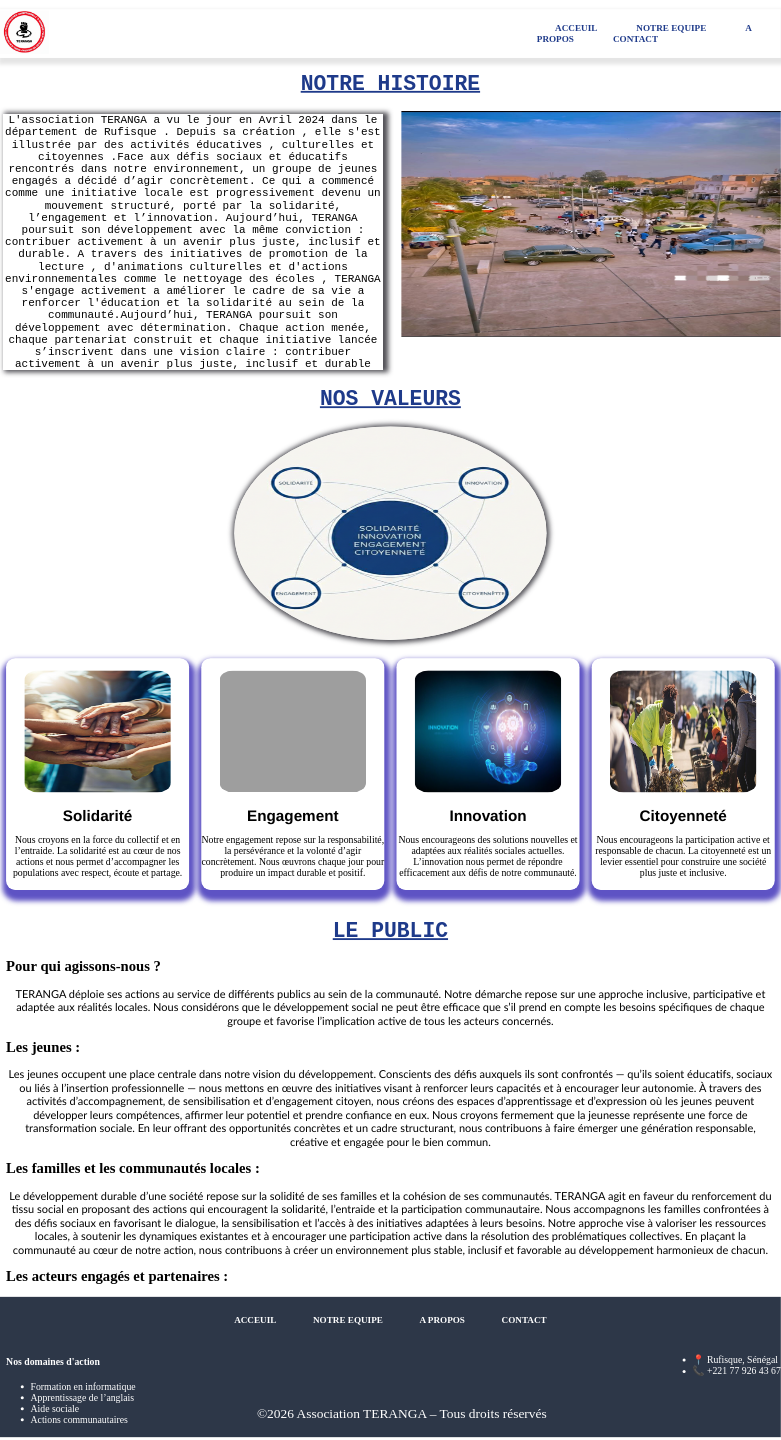
Repository: assanendao171/projet-teranga
Page: propos.html
These files come from the project's save history. The page is drawn as it stood at one moment and after a run of saves; the edit follows.
The browser window is 1280 px wide. The pictures show the whole page, at 61% of full size.
Pictures or frames that could not be fetched are drawn as grey boxes.

Above is the page before, as saved 2026-02-12 13:55:45.

### propos.html
<!DOCTYPE html>
<html lang="en">
<head>
    <meta charset="UTF-8">
    <meta name="viewport" content="width=device-width, initial-scale=1.0">
    <title>Document</title>
    <link rel="stylesheet" href="propos.css">
</head>
<body>
        <!-- l'entete -->
    <header>
      <!-- logo -->
       <div class="contain-logo">
      <img src="image/logo.jpeg" alt="" class="logo" />
      </div>
      <div class="btn-nav">
        <nav>
          <a href="acceuil.html" target="_blank">ACCEUIL</a>
          <a href="equipe.html" target="_blank">NOTRE EQUIPE</a>
          <a href="propos.html" target="_blank">A PROPOS</a>
          <a href="contact.html" target="_blank">CONTACT</a>

        </nav>
      </div>
    </header>
<!-- corps -->
<main>
<!-- section histoire -->
      <h1 id="histoire">NOTRE HISTOIRE</h1>
<div class="contain-histoire">
<p id="p-histoire">L'association TERANGA a vu le jour en Avril 2024 dans le département de Rufisque . Depuis sa création , elle
    s'est illustrée par des activités éducatives , culturelles et citoyennes .Face aux défis sociaux et éducatifs rencontrés dans notre environnement, un groupe de jeunes engagés a décidé d’agir concrètement.

Ce qui a commencé comme une initiative locale est progressivement devenu un mouvement structuré, porté par la solidarité, l’engagement et l’innovation.

Aujourd’hui, TERANGA poursuit son développement avec la même conviction : contribuer activement à un avenir plus juste, inclusif et durable.
     A travers des initiatives
    de promotion de la lecture , d'animations culturelles et d'actions environnementales comme le
    nettoyage des écoles , TERANGA s'engage activement a améliorer le cadre de sa vie a renforcer l'éducation
    et la solidarité au sein de la communauté.Aujourd’hui, TERANGA poursuit son développement avec détermination. Chaque action menée, chaque partenariat construit et chaque initiative lancée s’inscrivent dans une
    vision claire : contribuer activement à un avenir plus juste, inclusif et durable
</p>
<img src="image/histoireImage.jpeg" alt="photo histoire" class="photo-histoire">
</div>
<h1 id="valeur">NOS VALEURS</h1>
<div class="contain-valeur">
<img src="image/photo-valeur.png" alt="" class="photo-valeur">
</div>
      <div class="contain-image">
        <div class="image1">
          <img
            src="image/solidatité.jpg"
            alt="aide social"
            class="image-aide" />
          <span id="texte-aide-social">Solidarité</span>
          <p>Nous croyons en la force du collectif et en l’entraide.
La solidarité est au cœur de nos actions et nous permet d’accompagner les populations avec respect, écoute et partage.</p>
        </div>
        <!-- ____________________ -->
        <div class="image1">
          <img src="image/engagement.jpg" alt="education" class="image-aide" />
          <span id="texte-aide-social">Engagement</span>
          <p>Notre engagement repose sur la responsabilité, la persévérance et la volonté d’agir concrètement.
Nous œuvrons chaque jour pour produire un impact durable et positif.</p>
        </div>
        <!-- ___________________________________ -->
        <div class="image1">
          <img
            src="image/innovation.jpg"
            alt="environnement"
            class="image-aide" />
          <span id="texte-aide-social">Innovation</span>
          <p>Nous encourageons des solutions nouvelles et adaptées aux réalités sociales actuelles.
L’innovation nous permet de répondre efficacement aux défis de notre communauté.</p>
          <!-- ______________________________________________ -->
        </div>
                <div class="image1">
          <img
            src="image/citoyennete.jpg"
            alt="environnement"
            class="image-aide" />
          <span id="texte-aide-social">Citoyenneté</span>
          <p>Nous encourageons la participation active et responsable de chacun.
La citoyenneté est un levier essentiel pour construire une société plus juste et inclusive.</p>
          <!-- ______________________________________________ -->
        </div>
      </div>

    <!-- le public -->
     <div class="containt-public">
        <h1 id="public">LE PUBLIC</h1>
    <h2>Pour qui agissons-nous ?</h2>
    <p class="p-public">TERANGA déploie ses actions au service de différents publics au sein de la communauté. Notre démarche repose sur une approche inclusive, participative et adaptée aux réalités locales.
        Nous considérons que le développement social ne peut être efficace que s’il prend en compte les besoins spécifiques de chaque groupe et favorise l’implication active de tous les acteurs concernés.</p>
        <h2>Les jeunes :</h2>
        <p class="p-public">Les jeunes occupent une place centrale dans notre vision du développement. Conscients des défis auxquels ils sont confrontés — qu’ils soient éducatifs, sociaux ou liés à l’insertion professionnelle — nous mettons en œuvre des initiatives visant à renforcer leurs capacités et à encourager leur autonomie.

À travers des activités d’accompagnement, de sensibilisation et d’engagement citoyen, nous créons des espaces d’apprentissage et d’expression où les jeunes peuvent développer leurs compétences, affirmer leur potentiel et prendre confiance en eux.

Nous croyons fermement que la jeunesse représente une force de transformation sociale. En leur offrant des opportunités concrètes et un cadre structurant, nous contribuons à faire émerger une génération responsable, créative et engagée pour le bien commun.</p>
<h2>Les familles et les communautés locales : </h2>
<p class="p-public">Le développement durable d’une société repose sur la solidité de ses familles et la cohésion de ses communautés. TERANGA agit en faveur du renforcement du tissu social en proposant des actions qui encouragent la solidarité, l’entraide et la participation communautaire.

Nous accompagnons les familles confrontées à des défis sociaux en favorisant le dialogue, la sensibilisation et l’accès à des initiatives adaptées à leurs besoins. Notre approche vise à valoriser les ressources locales, à soutenir les dynamiques existantes et à encourager une participation active dans la résolution des problématiques collectives.

En plaçant la communauté au cœur de notre action, nous contribuons à créer un environnement plus stable, inclusif et favorable au développement harmonieux de chacun.</p>
<h2>Les acteurs engagés et partenaires : </h2>
<p class=""></p>
     </div>
</main>

    <footer>
      <nav class="btn-footer">
        <a href="acceuil.html" target="_blank">ACCEUIL</a>
        <a href="equipe.html" target="_blank">NOTRE EQUIPE</a>
        <a href="propos.html" target="_blank">A PROPOS</a>
        <a href="contact.html" target="_blank">CONTACT</a>

      </nav>
      <div class="contain-footer">
        <div class="liste-footer">
          <h4>Nos domaines d'action</h4>
          <ul>
            <li>Formation en informatique</li>
            <li>Apprentissage de l’anglais</li>
            <li>Aide sociale</li>
            <li>Actions communautaires</li>
          </ul>
        </div>
        <div class="copyright">
          <p>&copy;2026 Association TERANGA – Tous droits réservés</p>
        </div>
        <div class="contact">
          <ul>
            <li>📍 Rufisque, Sénégal</li>
            <li>📞 +221 77 926 43 67</li>
          </ul>
        </div>
      </div>
    </footer>
</body>
</html>

### propos.css
body{
    margin: 15px 0 5px 0;
    background-color: #fffffff5;
}
header{
width: 100%;
height: 80px;
background-color: #FFFFFF;
box-shadow: 2px 6px 6px 6px rgba(0, 0, 0, 0.1);
display: flex;
align-items: center;
justify-content: center;
gap: 800px;
}
nav a{
    margin: 30px;
    color: #1E3A8A;
    text-decoration: none;
    font-size: 15px;
    font-weight:900;
}
nav a:hover{
    text-decoration: underline;
}
.logo{
    width: 80px;
left: 10px;
}














































footer{
    background-color: #2D3748;
    width: 100%;
    height: 230px;
    margin-top: 20px;
}
.btn-footer{
    display: flex;
    flex-direction: row;
    justify-content: center;

}
.btn-footer a{
    padding: px;
    color: #FFFFFF;
    margin: 10x;
    font-size: 15px;
}
.liste-footer{
    margin-left: 10px;
        color: #FFFFFF;

}
.contact{
    display: flex;
    flex-direction: row;
    justify-content: flex-end;
    color: #FFFFFF;
}
.contain-footer{
    display: flex;
    flex-direction: row;
    justify-content: space-between;
}
.copyright{
        color: #FFFFFF;
    font-size: 22px;
    display: flex;
    flex-direction: column;
    justify-content: flex-end;
}
/* section histoire */
#histoire{
        color: #1E3A8A;

    text-align: center;
    font-size: 35px;
font-family: 'Courier New', Courier, monospace;
text-decoration: underline;

}
.contain-histoire{
    display: flex;
    gap: 25px;
}
#p-histoire{
    text-align: center;
    font-size: 18px;
font-family: 'Courier New', Courier, monospace;
margin: 5px ;
   width: 50%;
    box-shadow: 5px 1px 8px 4px rgba(31, 30, 37, 0.781);
}
.photo-histoire{
    width: 50%;
    height: 370px;
}
#valeur{
        color: #1E3A8A;

    text-align: center;
    font-size: 35px;
font-family: 'Courier New', Courier, monospace;
text-decoration: underline;

}
.photo-valeur{
    width: 40%;
    height: 350px;
border-radius: 50%;
    box-shadow: 1px 1px 8px 4px rgba(31, 30, 37, 0.781);
}
.contain-valeur{
    display: flex;
    flex-direction: row;
    justify-content: center;
}

.contain-image{
    padding-top: 30px;
    display: flex;
    gap: 20px;
    text-align: center;
    justify-content: center;
    align-items: center;
}
.image1{
    width: 300px;
    height: 380px;
    text-align: center;
    background-color: rgb(255, 255, 255);
    border-radius: 15px;
    box-shadow: 2px 10px 8px 8px rgba(49, 34, 180, 0.781);
    color: #000000;

}
.image-aide{
        width: 240px;
    height: 200px;
    padding: 20px;
    border-radius: 15%;
}
.image-aide:hover{
    transition: 0.5s;
    transform: scale(1.1);
}
#texte-aide-social{
        font-size: 25px;
        font-weight:bold;
font-family:'Franklin Gothic Medium', 'Arial Narrow', Arial, sans-serif
}
#public{
        color: #1E3A8A;
padding-top: 25px;
    text-align: center;
    font-size: 35px;
font-family: 'Courier New', Courier, monospace;
text-decoration: underline;
}
.containt-public{
    margin: 10px;
}
.p-public{
        text-align: center;
    font-size: 18px;
font-family:'Trebuchet MS', 'Lucida Sans Unicode', 'Lucida Grande', 'Lucida Sans', Arial, sans-serif
}

After the next 3 saves:
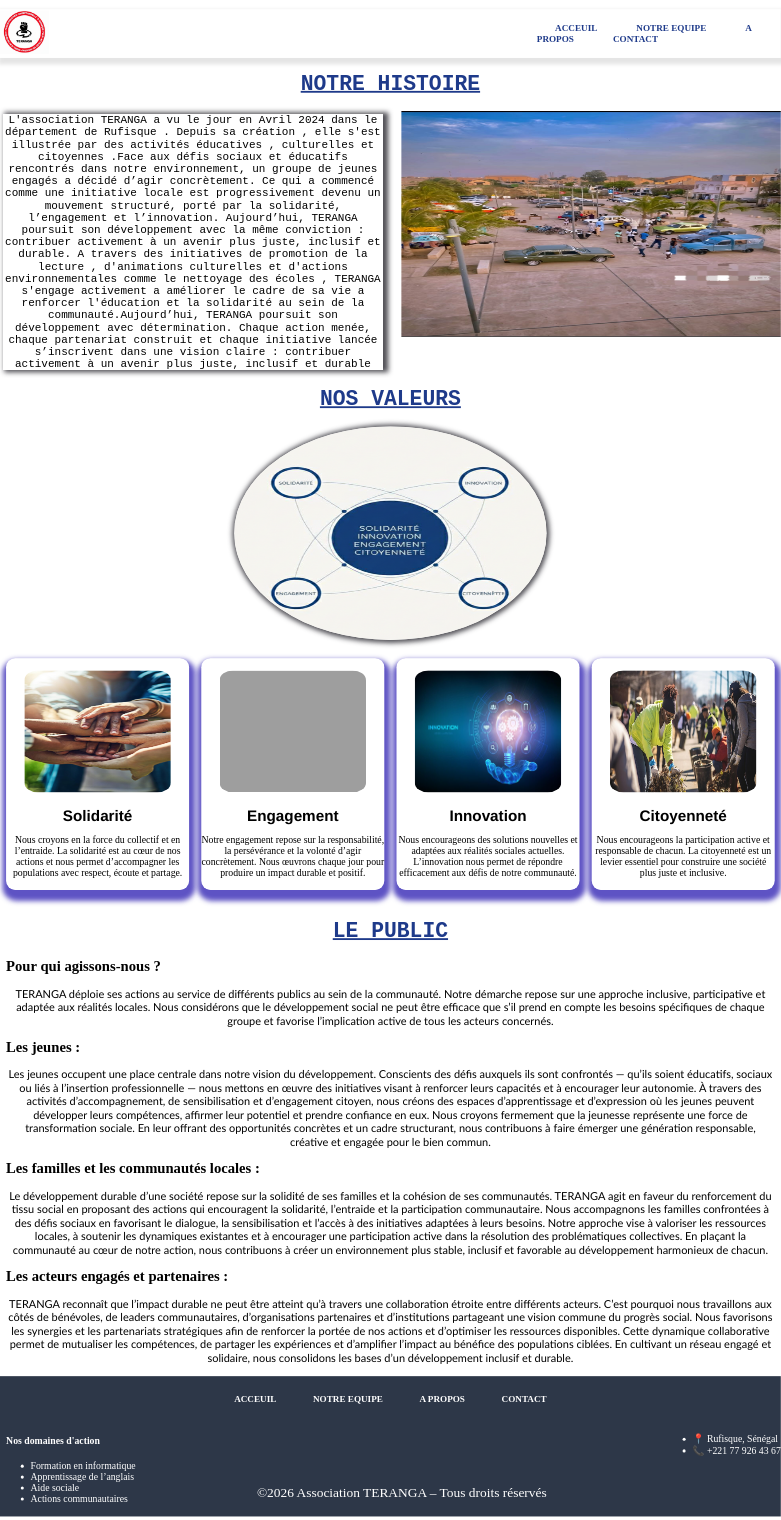
The 3 saves are shown as one change because they came seconds apart.
The last was saved 11 s later.
--- a/propos.html
+++ b/propos.html
@@ -105,7 +105,12 @@ Nous accompagnons les familles confrontées à des défis sociaux en favorisant
 
 En plaçant la communauté au cœur de notre action, nous contribuons à créer un environnement plus stable, inclusif et favorable au développement harmonieux de chacun.</p>
 <h2>Les acteurs engagés et partenaires : </h2>
-<p class=""></p>
+<p class="p-public">TERANGA reconnaît que l’impact durable ne peut être atteint qu’à travers une collaboration étroite entre différents acteurs. C’est pourquoi nous travaillons aux côtés de bénévoles, de leaders communautaires, d’organisations partenaires et d’institutions partageant une vision commune du progrès social.
+
+Nous favorisons les synergies et les partenariats stratégiques afin de renforcer la portée de nos actions et d’optimiser les ressources disponibles. Cette dynamique collaborative permet de mutualiser les compétences, de partager les expériences et d’amplifier l’impact au bénéfice des populations ciblées.
+
+En cultivant un réseau engagé et solidaire, nous consolidons les bases d’un développement inclusif et durable.</p>
+
      </div>
 </main>
 
